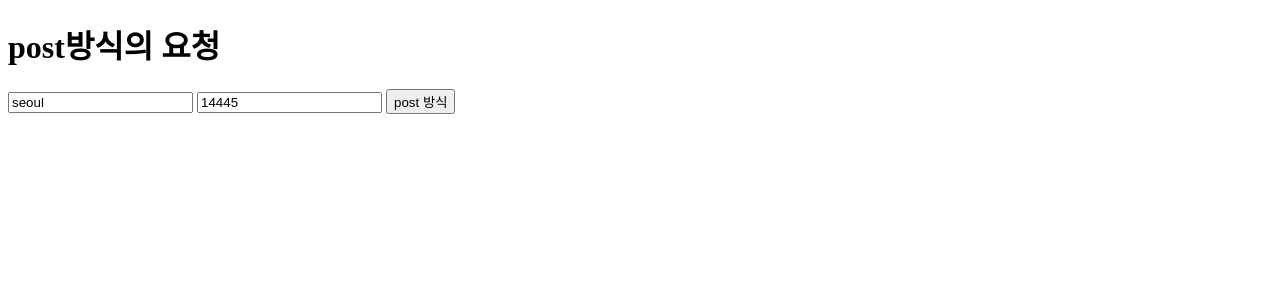
Repository: zoselakt/My_practice_JSP
Page: http://localhost/day06/post_test.jsp
The author's editor kept a copy of each file at every save. The page is drawn from the files as they stood at one save, then again after the next save.
The browser window is 1280 px wide. The pictures show the whole page.
The page is served by Tomcat 9.

Above is the page before, as saved 2022-02-28 11:03:27.

After the next save:
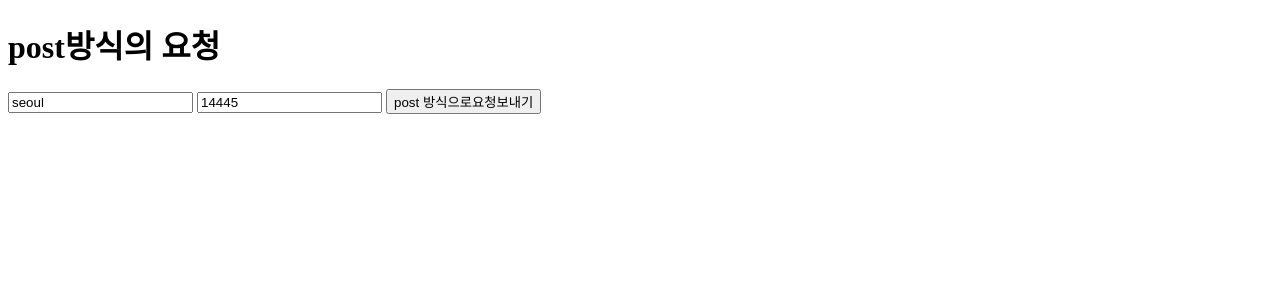
Saved 6 s later.
--- a/day06/WebContent/post_test.jsp
+++ b/day06/WebContent/post_test.jsp
@@ -11,7 +11,7 @@
 	<form action="get_test.jsp" method="post">
 		<input type="text" name="city" value="seoul" readonly>
 		<input type="text" name="zipcode" value="14445" readonly>
-		<button>post 방식</button>
+		<button>post 방식으로요청보내기</button>
 	</form>
 </body>
 </html>
